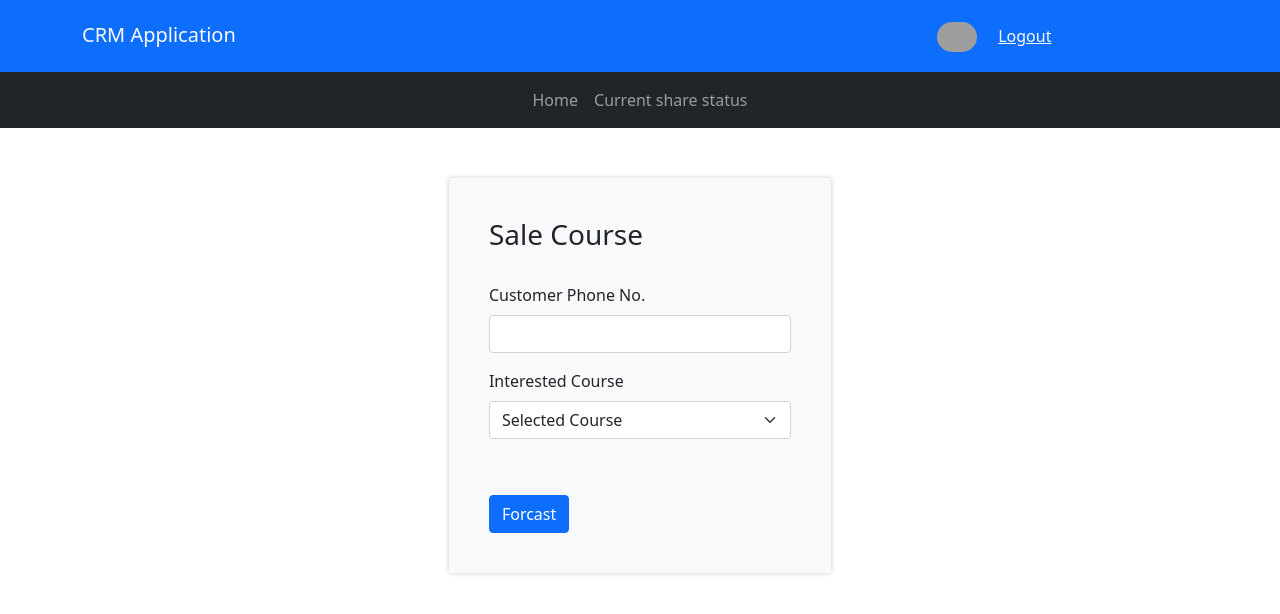
Repository: DevloperSudip/Insight-Dashboard
Page: http://localhost/DashProject/WEB-INF/views/forcastdata.jsp
These files come from the project's save history. The page is drawn as it stood at one moment and after the next save; the edit follows.
The browser window is 1280 px wide. The pictures show the whole page.
Pictures or frames that could not be fetched are drawn as grey boxes. The page is served by Tomcat 10. Nobody is signed in. The template is opened directly, without the code that normally fills it, so the values that code supplies are empty.

Above is the page before, as saved 2024-04-24 10:25:14.

After the next save:
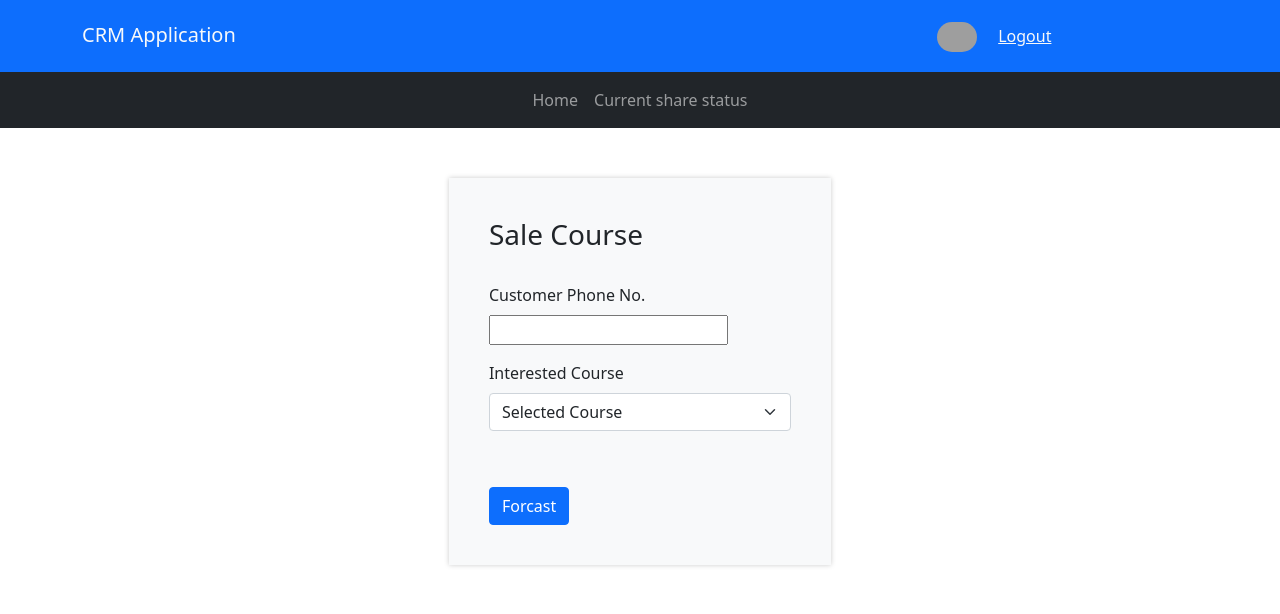
Saved 61 s later.
--- a/DashProject_FinalProject/DashProject/src/main/webapp/WEB-INF/views/forcastdata.jsp
+++ b/DashProject_FinalProject/DashProject/src/main/webapp/WEB-INF/views/forcastdata.jsp
@@ -88,7 +88,7 @@
 							<form:form action="saleCourseForm" method="post" modelAttribute="modelSaleCourseAttr">
 								<div class="mb-3">
 									<label class="form-label">Customer Phone No.</label>
-									<form:input path="custphoneno" placeholde="dd-mm-yyyy" cssClass="form-control" />
+									<input type="text" placeholde="dd-mm-yyyy" cssClass="form-control" />
 									<form:errors path="custphoneno" cssClass="error_message_design" />
 								</div>
 
